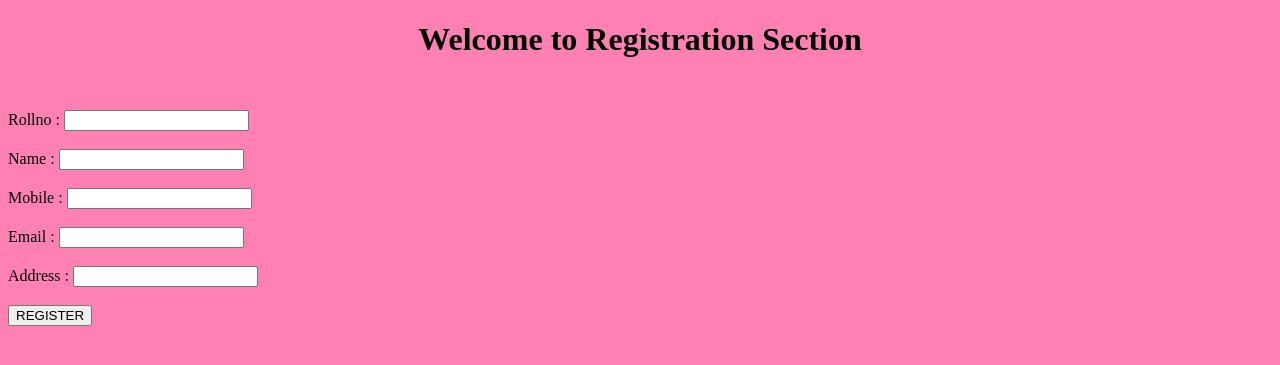
Repository: hitu-1995/reg14_spring_boot
Page: http://localhost/15-Spring-Boot-MVC-Project/register.jsp
These files come from the project's save history. The page is drawn as it stood at one moment and after the next save; the edit follows.
The browser window is 1280 px wide. The pictures show the whole page.
The page is served by Tomcat 9.

Above is the page before, as saved 2024-02-16 11:07:20.

After the next save:
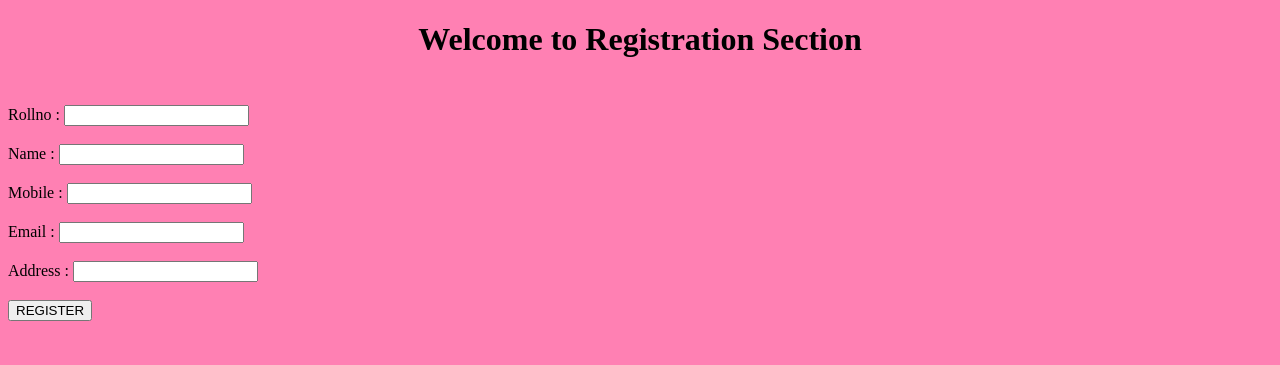
Saved 18 s later.
--- a/15-Spring-Boot-MVC-Project/src/main/webapp/register.jsp
+++ b/15-Spring-Boot-MVC-Project/src/main/webapp/register.jsp
@@ -7,7 +7,7 @@
 <title>Insert title here</title>
 </head>
 <body style="background-color: #ff80b3">
-    <div align="center" style="padding-bottom: 30px">
+    <div align="center" style="padding-bottom: 25px">
       <h1>Welcome to Registration Section</h1>
     </div>
     <div align="left">
